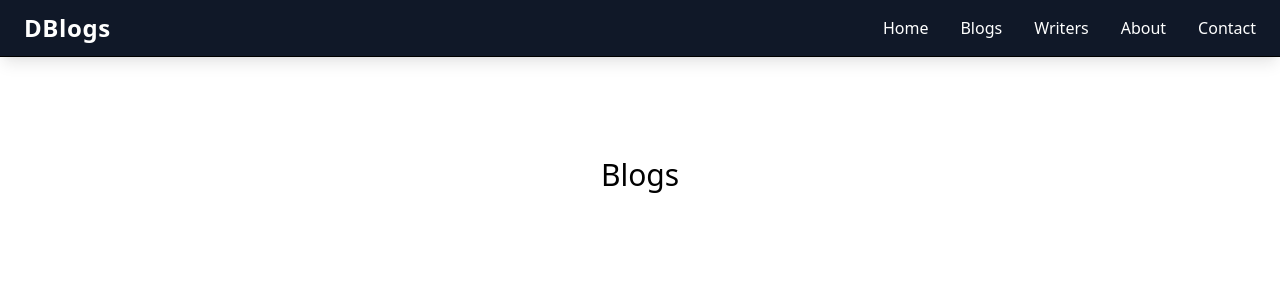
Repository: Devanshk9/DBlogs
Page: /blogs (app in client/)
An editor plug-in stored every save of this project. The page is shown before and after the next save, followed by the edit.
The browser window is 1280 px wide. The pictures show the whole page.
The page's requests for data from a server got no answer. The project was rebuilt for these pictures with package versions that can differ from the ones it lists, and the page was loaded fresh each time. No one was signed in, and anything a server would have sent is missing. Also part of the build but not shown: client/vite.config.js, client/src/pages/Writers.jsx.

Above is the page before, as saved 2025-08-31 21:36:04.

After the next save:
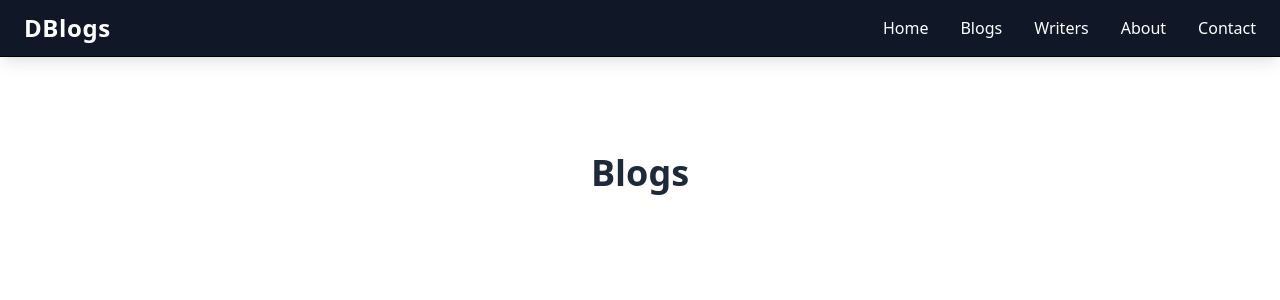
Saved 85 s later.
--- a/client/src/pages/Blogs.jsx
+++ b/client/src/pages/Blogs.jsx
@@ -5,24 +5,34 @@
 
   useEffect(() => {
     fetch("http://localhost:5001/blogs") // backend
-      .then(res => res.json())
-      .then(data => setBlogs(data))
-      .catch(err => console.error(err));
+      .then((res) => res.json())
+      .then((data) => setBlogs(data))
+      .catch((err) => console.error(err));
   }, []);
 
   return (
-    <div className="flex flex-col items-center">
-      <h1 className="text-3xl mt-[100px]">Blogs</h1>
+    <div className="flex flex-col items-center px-6">
+      <h1 className="text-4xl font-bold mt-24 mb-8 text-gray-800">Blogs</h1>
 
-      {blogs.map(b => (
-        <div className="bg-amber-100 p-10 m-4">
-        <div key={b.blog_id}>
-          <h2>{b.title}</h2>
-          <p>{b.content}</p>
-          <small>By {b.username}</small>
-        </div>
-        </div>
-      ))}
+      <div className="grid grid-cols-1 md:grid-cols-2 lg:grid-cols-3 gap-8 w-full max-w-6xl">
+        {blogs.map((b) => (
+          <div
+            key={b.blog_id}
+            className="bg-white rounded-2xl shadow-lg p-6 hover:shadow-2xl transition-shadow duration-300 border border-gray-200"
+          >
+            <h2 className="text-2xl font-semibold text-gray-900 mb-3">
+              {b.title}
+            </h2>
+            <p className="text-gray-600 mb-4 leading-relaxed line-clamp-3">
+              {b.content}
+            </p>
+            <div className="flex items-center justify-between text-sm text-gray-500">
+              <span>✍️ By {b.username}</span>
+              <span className="italic">📅 {new Date().toLocaleDateString()}</span>
+            </div>
+          </div>
+        ))}
+      </div>
     </div>
   );
 }
